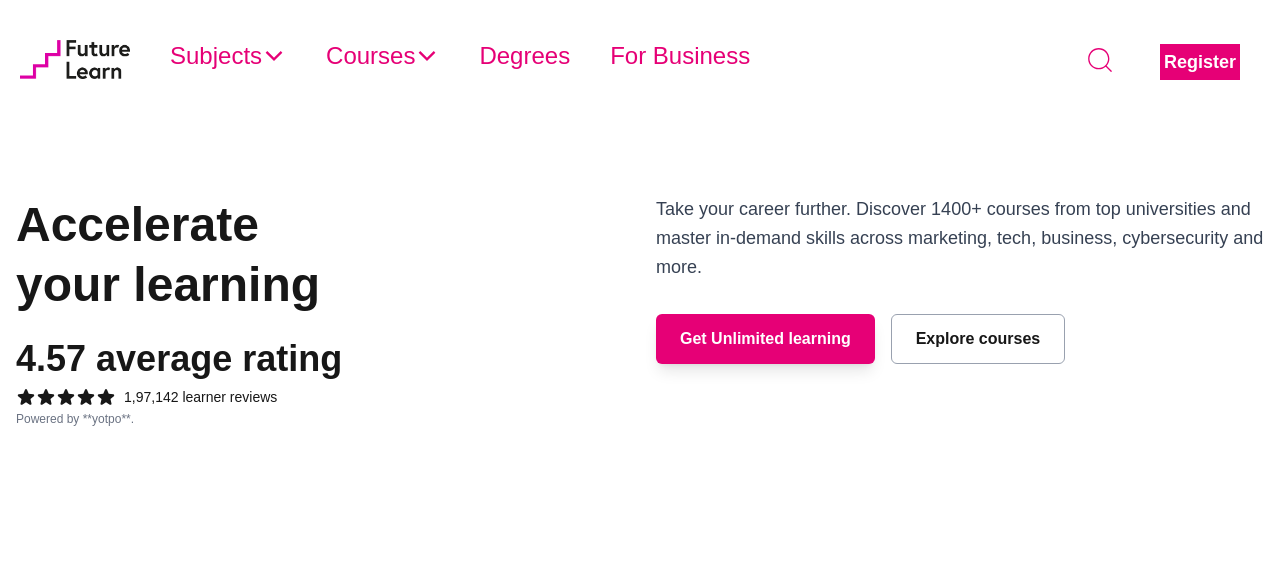
Repository: Aayu0981/Courses-App
Page: / (app in my-app/)
These files come from the project's save history. The page is drawn as it stood at one moment and after the next save; the edit follows.
The browser window is 1280 px wide. The pictures show the whole page.
The project was rebuilt for these pictures with package versions that can differ from the ones it lists, and the page was loaded fresh each time. The framework's server and built-in components were replaced by stand-ins that run in the browser. Also part of the build but not shown: my-app/next.config.ts.

Above is the page before, as saved 2025-11-21 14:22:58.

### my-app/app/page.tsx
import Nav from './Components/Nav'
import MidPAges from './Components/MidP'



export default function Home(){

  return(<div>
   <Nav/>
   <MidPAges/>
  </div>)
}

### my-app/app/Components/Nav.tsx
'use client'
import Image from "next/image"
import { CiSearch } from "react-icons/ci";
import Subject from "./Subject";
import Courses from "./Courses";


export default function Nav(){
  return(

<nav className="m-5 mt-10  bg-white   flex    text-xl ">

  {/* Left logo */}
<div className="flex gap-10 text-2xl" >
   <Image src="/F2.png" alt="IconeImage" height={50} width={110}/>
   <Subject />
   <Courses/>
  <span className=" text-pink-600 hover:text-blue-700">Degrees</span>
  <span className=" w-full whitespace-nowrap overflow-visible  text-pink-600 hover:text-blue-700">For Business</span>
</div>

{/* right part of nav */}
<div  className="flex  gap-10 absolute top-1 right-10 mt-10 text-pink-600 ">
  <CiSearch className="h-8 w-10 hover:text-blue-600  text-2xl" />
  <button className=" text-white bg-pink-600 hover:bg-blue-600 font-semibold text-lg px-1 py-1 ">Register</button>
</div>
</nav>


 )

}

### my-app/app/Components/MidP.tsx
// components/HeroSection.js
import React from 'react';
import { StarIcon } from '@heroicons/react/24/solid';

export default function HeroSection() {
  return (
    // 1. बैकग्राउंड ग्रेडिएंट और padding/margin
    <section className="bg-gradient-to-r from-purplek-200 to-pinple-200 py-16 md:py-24">
      <div className="container mx-auto px-4">


        <div className="grid md:grid-cols-2 gap-8 items-start">

          {/* (Text and Rating) */}
          <div>
            <h1 className="text-4xl md:text-5xl font-extrabold text-futurelearn-purple leading-tight">
              Accelerate<br />your learning
            </h1>


            <div className="mt-6">
              <p className="text-4xl font-semibold text-futurelearn-purple">4.57 average rating</p>

              {/* star */}
              <div className="flex items-center mt-2">
                {[...Array(5)].map((_, i) => (
                  <StarIcon
                    key={i}
                    className={`w-5 h-5 ${i < 4.5 ? 'text-futurelearn-pink' : 'text-gray-300'}`}

                  />
                ))}
                <span className="ml-2 text-futurelearn-purple text-sm">1,97,142 learner reviews</span>
              </div>

              <p className="text-xs mt-1 text-gray-500">Powered by **yotpo**.</p>
            </div>
          </div>

          {/* right coolum */}
          <div className="pt-4 md:pt-0">
            <p className="text-lg text-gray-700 leading-relaxed">
              Take your career further. Discover 1400+ courses
              from top universities and master in-demand skills
              across marketing, tech, business, cybersecurity and
              more.
            </p>

            {/* buttons*/}
            <div className="flex flex-col sm:flex-row space-y-4 sm:space-y-0 sm:space-x-4 mt-8">
              <button className="bg-pink-600 hover:bg-blue-700 text-white font-semibold py-3 px-6 rounded-md shadow-lg transition duration-300">
                Get Unlimited learning
              </button>
              <button className="bg-white border border-gray-400 hover:text-blue-700 hover:border-blue-700 text-futurelearn-purple font-semibold py-3 px-6 rounded-md transition duration-300">
                Explore courses
              </button>
            </div>
          </div>
        </div>
      </div>
    </section>
  );
}

### my-app/app/Components/Subject.tsx
'use client';
import { useState } from "react";

import { IoChevronUpOutline } from "react-icons/io5";

import {IoChevronDownSharp  } from "react-icons/io5";



export default function Subject(){

const[open ,setOpen]=useState(false);


    return(<div className="w-full max-w-sm mx-auto">

    <div onClick={()=>setOpen(!open)} className="flex justify-between items-center cursor-pointer select-none text-pink-600 hover:text-blue-600 text-2xl">
        <span className="">Subjects </span>
        <span className="">{open ? <IoChevronUpOutline />:<IoChevronDownSharp/> }</span>
    </div>

    {open && (
        <ul  className="bg-gray-100 p-3 space-y-2">
            <li>Math</li>
              <li>Math</li>
                <li>Math</li>
        </ul>
    )}
    </div>

);
}

### my-app/app/Components/Courses.tsx
'use client';
import { useState } from "react";

import { IoChevronUpOutline } from "react-icons/io5";

import {IoChevronDownSharp  } from "react-icons/io5";

export default function Courses(){
      const[open ,setOpen]=useState(false);

      return(<div className="w-full max-w-sm mx-auto ">

            <div onClick={()=>setOpen(!open)} className="flex justify-between items-center cursor-pointer select-none  text-pink-600 hover:text-blue-600 text-2xl">
                <span >Courses</span>
                <span>{open ? <IoChevronUpOutline />:<IoChevronDownSharp/> }</span>
            </div>

            {open && (
                <ul  className="bg-gray-100 p-3 space-y-2">
                    <li>Math</li>
                      <li>Math</li>
                        <li>Math</li>
                </ul>
            )}
            </div>

        );
        }

Loaded but not shown: my-app/app/layout.tsx (common file); my-app/app/globals.css (common file)

After the next save:
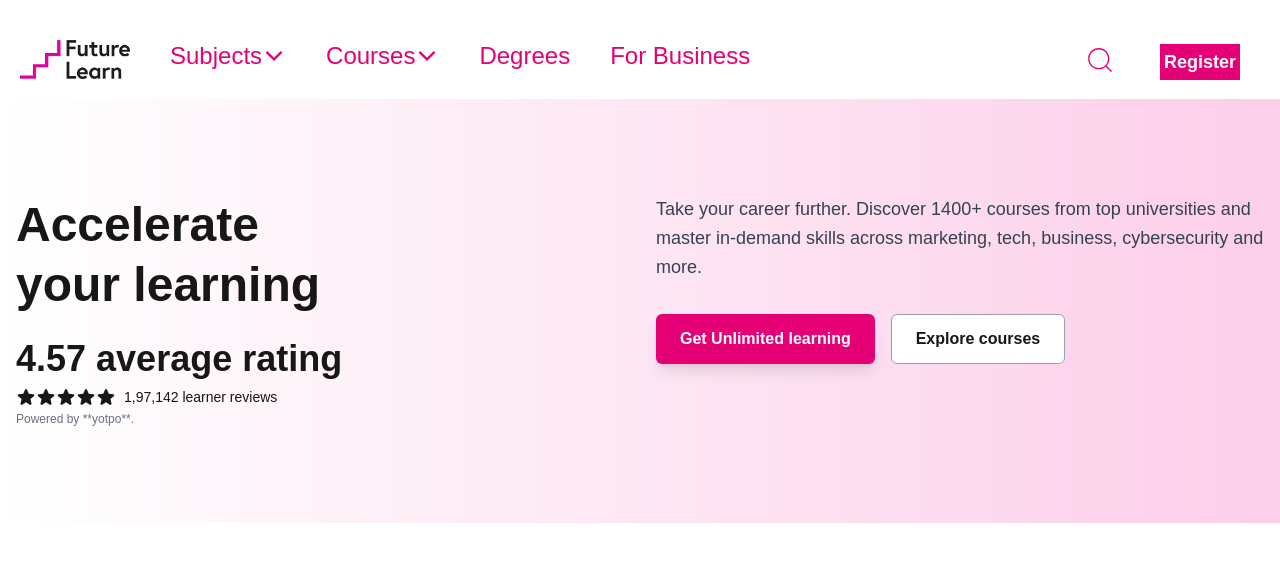
Saved 4 s later.
--- a/my-app/app/Components/MidP.tsx
+++ b/my-app/app/Components/MidP.tsx
@@ -5,7 +5,7 @@
 export default function HeroSection() {
   return (
     // 1. बैकग्राउंड ग्रेडिएंट और padding/margin
-    <section className="bg-gradient-to-r from-purplek-200 to-pinple-200 py-16 md:py-24">
+    <section className="bg-gradient-to-r from-purplek-200 to-pink-200 py-16 md:py-24">
       <div className="container mx-auto px-4">
 
 
